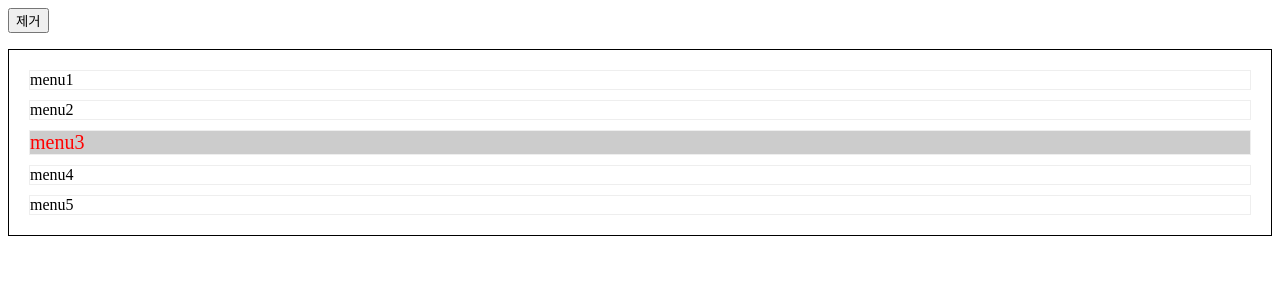
Repository: swc0516s/EZEN-JS
Page: JavaScript Workspace Lecture/JavaScript_jQuery_03/WebContent/Chapter05/5_14.html
These files come from the project's save history. The page is drawn as it stood at one moment and after the next save; the edit follows.
The browser window is 1280 px wide. The pictures show the whole page.
After loading, the first visible `#remove` was clicked once.

Above is the page before, as saved 2022-03-22 01:31:32.

### JavaScript Workspace Lecture/JavaScript_jQuery_03/WebContent/Chapter05/5_14.html
<!DOCTYPE html>
<html>
<head>
<meta charset="UTF-8">
<title>Insert title here</title>
<style type="text/css">
body {
	font-size: 16px;
	font-family: "굴림;"
}

ul.menu {
	padding: 10px;
	list-style: none;
	border: 1px #000 solid;
}

ul.menu li {
	border: 1px #eeeeee solid;
	margin: 10px;
}

li.select {
	background-color: #ccc;
	color: #f00;
	font-size: 20px;
}

ul.menu li.border {
	border: 4px solid #f00;
}
</style>
<script type="text/javascript" src="../libs/jquery-3.6.0.min.js"></script>
<script type="text/javascript">
	// 제거버튼(#remove)을 누르면 메뉴 항목에 설정돼있는 클래스를 모두 제거
	$(document).ready(function() {
		// 메뉴 아이템에 클릭 이벤트 등록
		$("#remove").click(function() {
			$("ul.menu").removeClass("select");

		});
	});
</script>
</head>
<body>
	<button id="remove">제거</button>
	<ul class="menu">
		<li>menu1</li>
		<li>menu2</li>
		<li class="select">menu3</li>
		<li>menu4</li>
		<li>menu5</li>


	</ul>

</body>
</html>

Loaded but not shown: JavaScript Workspace Lecture/JavaScript_jQuery_03/WebContent/libs/jquery-3.6.0.min.js (library)

After the next save:
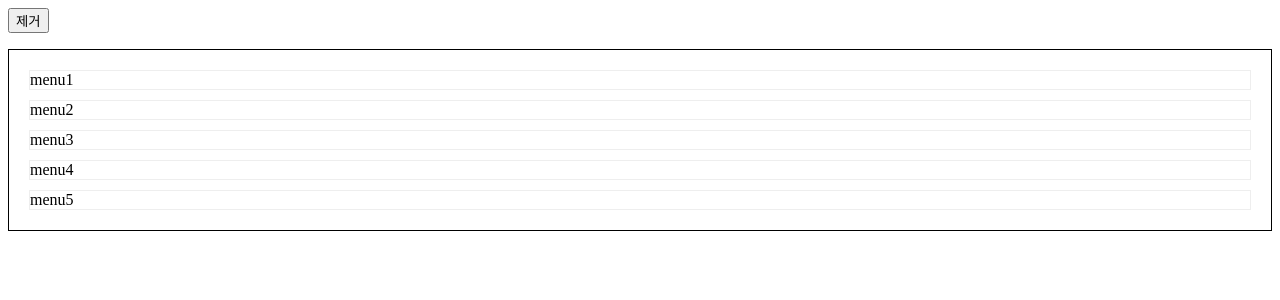
Saved 10 s later.
--- a/JavaScript Workspace Lecture/JavaScript_jQuery_03/WebContent/Chapter05/5_14.html
+++ b/JavaScript Workspace Lecture/JavaScript_jQuery_03/WebContent/Chapter05/5_14.html
@@ -36,7 +36,7 @@ ul.menu li.border {
 	$(document).ready(function() {
 		// 메뉴 아이템에 클릭 이벤트 등록
 		$("#remove").click(function() {
-			$("ul.menu").removeClass("select");
+			$("ul.menu li").removeClass("select");
 
 		});
 	});
